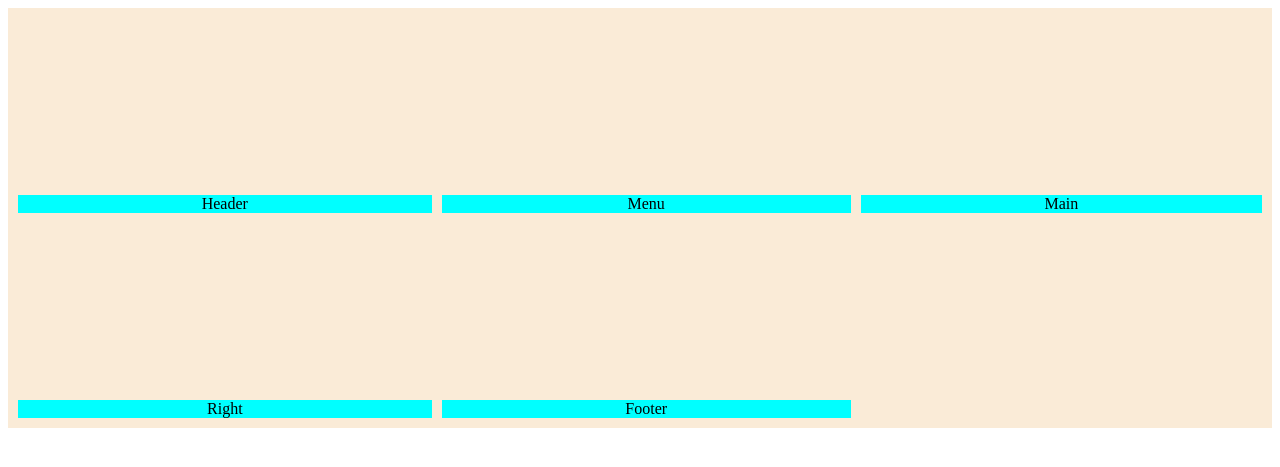
Repository: Thonghehe/Lab1_WEB106
Page: index11.html
The author's editor kept a copy of each file at every save. The page is drawn from the files as they stood at one save, then again after a run of saves.
The browser window is 1280 px wide. The pictures show the whole page.

Above is the page before, as saved 2024-03-05 17:45:03.

### index11.html
<!DOCTYPE html>
<html lang="en">

<head>
    <meta charset="UTF-8">
    <meta name="viewport" content="width=device-width, initial-scale=1.0">
    <title>Document</title>
    <link rel="stylesheet" href="./style.css">
</head>

<body>
    <div class="grid-container">
        <div class="item1">Header</div>
        <div class="item2">Menu</div>
        <div class="item3">Main</div>
        <div class="item4">Right</div>
        <div class="item5">Footer</div>
    </div>
</body>

</html>

### style.css
.grid-container {
    display: grid;
    height: 400px;
    align-items: end;
    grid-template-columns: auto auto auto;
    gap: 10px;
    background-color: antiquewhite;
    padding: 10px;
}

.grid-container>div {
    background-color: aqua;
    text-align: center;
}

After the next 2 saves:
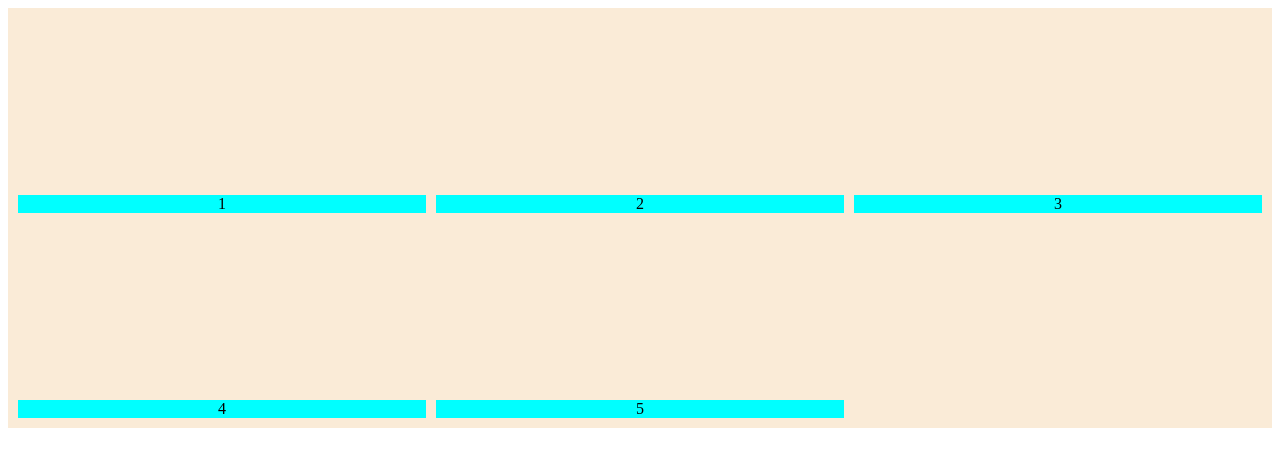
The 2 saves are shown as one change because they came seconds apart.
The last was saved 26 s later.
--- a/index11.html
+++ b/index11.html
@@ -10,11 +10,11 @@
 
 <body>
     <div class="grid-container">
-        <div class="item1">Header</div>
-        <div class="item2">Menu</div>
-        <div class="item3">Main</div>
-        <div class="item4">Right</div>
-        <div class="item5">Footer</div>
+        <div class="item1">1</div>
+        <div class="item2">2</div>
+        <div class="item3">3</div>
+        <div class="item4">4</div>
+        <div class="item5">5</div>
     </div>
 </body>
 
